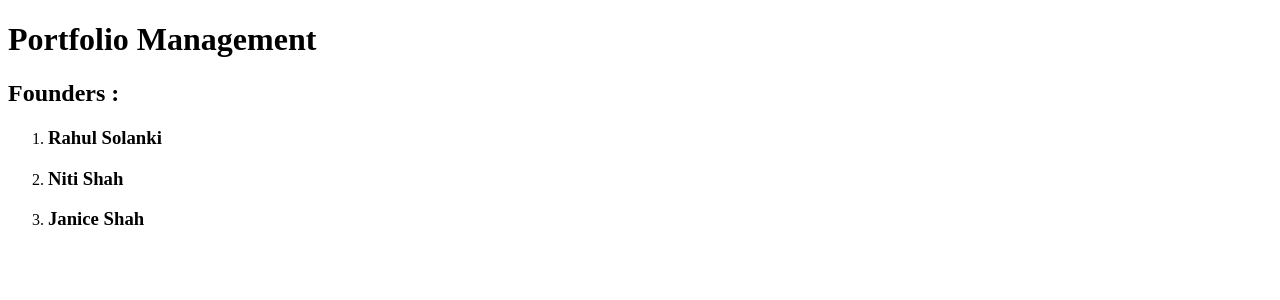
Repository: rahulsolankib/portfolio
Page: http://localhost/
These files come from the project's save history. The page is drawn as it stood at one moment and after the next save; the edit follows.
The browser window is 1280 px wide. The pictures show the whole page.
The page is served by the project's application, run on Django 3.2 (manage.py).

Above is the page before, as saved 2020-10-12 01:29:07.

After the next save:
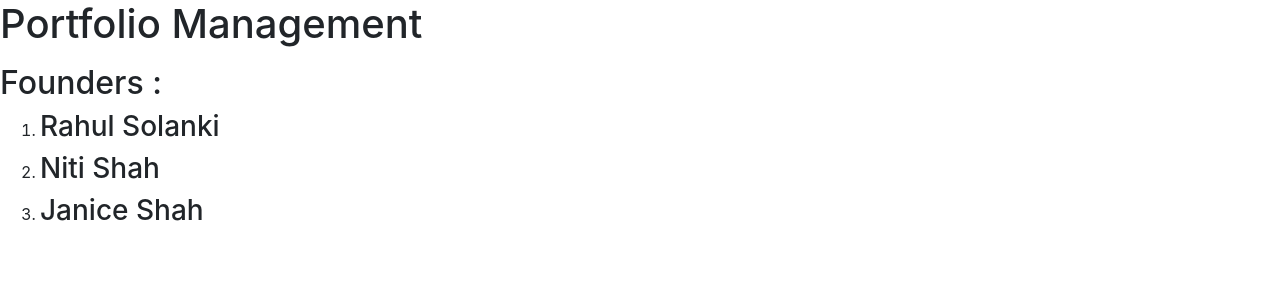
Saved 2 min 38 s later.
--- a/startPage/templates/startPage/base.html
+++ b/startPage/templates/startPage/base.html
@@ -1,6 +1,12 @@
 <!DOCTYPE html>
 <html>
 <head>
+    <meta charset="utf-8">
+    <meta name="viewport" content="width=device-width, initial-scale=1, shrink-to-fit=no">
+
+    <!-- Bootstrap CSS -->
+    <link rel="stylesheet" href="https://stackpath.bootstrapcdn.com/bootstrap/4.5.2/css/bootstrap.min.css" integrity="sha384-JcKb8q3iqJ61gNV9KGb8thSsNjpSL0n8PARn9HuZOnIxN0hoP+VmmDGMN5t9UJ0Z" crossorigin="anonymous">
+
     {% if title %}
         <title>Django - {{title}}</title>
     {% else %}
